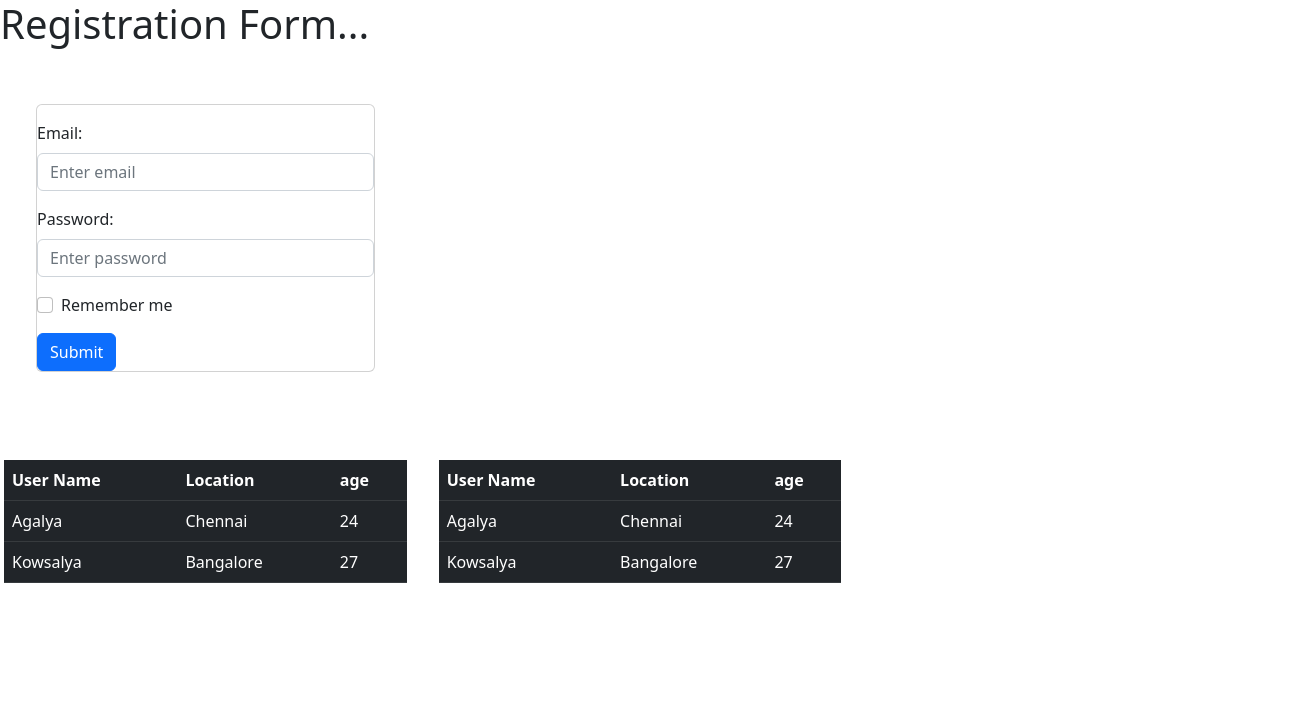
Repository: rajeshkannane/java1
Page: Form/public/index.html
These files come from the project's save history. The page is drawn as it stood at one moment and after the next save; the edit follows.
The browser window is 1280 px wide. The page is 1292 px wide, so the pictures cover 1292 px, including what lies to the right of the window. The pictures show the whole page.

Above is the page before, as saved 2022-11-16 12:30:34.

### Form/public/index.html
<!DOCTYPE html>
<html>
<head>
            <meta charset="UTF-8">
            <title>Form Demo</title>
            <link href="https://cdn.jsdelivr.net/npm/bootstrap@5.2.2/dist/css/bootstrap.min.css" rel="stylesheet">
        </head>
       <h1 style="font-size:40px;">Registration Form...</h1>


<body>
<div class="row" >
<div class="col-sm-4 p-5" style="border-width:10; border-radius:10; border-color:gray" >
<div class="card">
<form action="/nextPages.html">
  <div class="mb-3 mt-3">
    <label for="email" class="form-label">Email:</label>
    <input type="email" class="form-control" id="email" placeholder="Enter email" name="email">
  </div>
  <div class="mb-3">
    <label for="pwd" class="form-label">Password:</label>
    <input type="password" class="form-control" id="pwd" placeholder="Enter password" name="pswd">
  </div>
  <div class="form-check mb-3">
    <label class="form-check-label">
      <input class="form-check-input" type="checkbox" name="remember"> Remember me
    </label>
  </div>
  <button type="submit" class="btn btn-primary">Submit</button>
</form>
</div>
</div>
</div>

<br>
<div class="row">
<div class="col-sm-4 p-3" >
<table class="table table-dark" style="text-align:1%">
  <tr>
    <th>User Name</th>
    <th>Location</th>
    <th>age</th>
  </tr>
  <tr>
    <td>Agalya</td>
    <td>Chennai</td>
    <td>24</td>
  </tr>
  <tr>
    <td>Kowsalya</td>
    <td>Bangalore</td>
    <td>27</td>
  </tr>
    </table>
    </div>
    <div class="col-sm-4 p-3" >
<table class="table table-dark" style="text-align:1%">
  <tr>
    <th>User Name</th>
    <th>Location</th>
    <th>age</th>
  </tr>
  <tr>
    <td>Agalya</td>
    <td>Chennai</td>
    <td>24</td>
  </tr>
  <tr>
    <td>Kowsalya</td>
    <td>Bangalore</td>
    <td>27</td>
  </tr>
    </table>
    </div>
    </div>
</body>
</html>

After the next save:
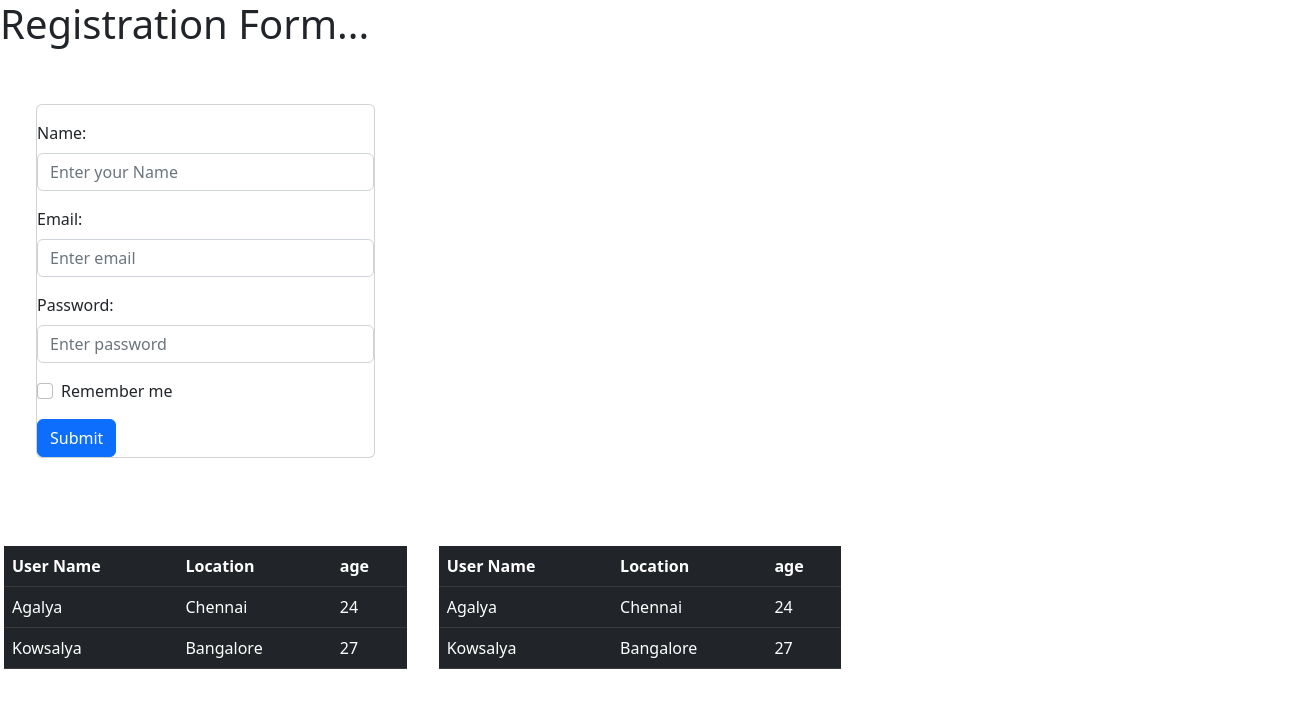
Saved 115 s later.
--- a/Form/public/index.html
+++ b/Form/public/index.html
@@ -13,10 +13,15 @@
 <div class="col-sm-4 p-5" style="border-width:10; border-radius:10; border-color:gray" >
 <div class="card">
 <form action="/nextPages.html">
+ <div class="mb-3 mt-3">
+    <label for="Name" class="form-label">Name:</label>
+    <input type="Name" class="form-control" id="Name" placeholder="Enter your Name" name="Name">
+  </div>
   <div class="mb-3 mt-3">
     <label for="email" class="form-label">Email:</label>
     <input type="email" class="form-control" id="email" placeholder="Enter email" name="email">
   </div>
+
   <div class="mb-3">
     <label for="pwd" class="form-label">Password:</label>
     <input type="password" class="form-control" id="pwd" placeholder="Enter password" name="pswd">
